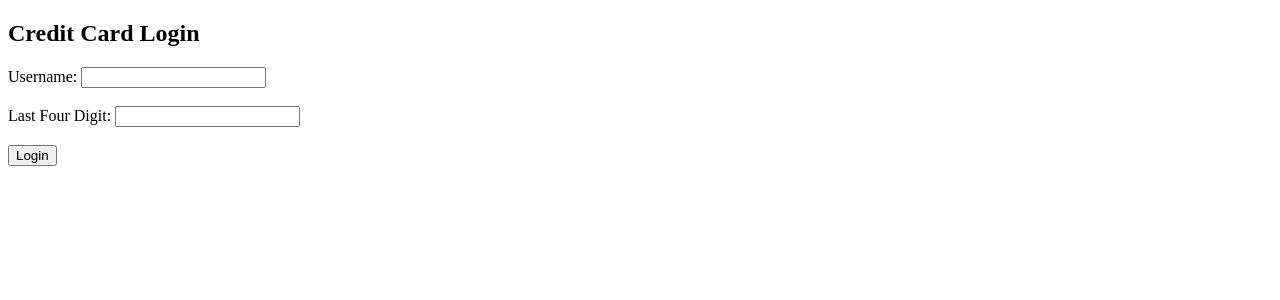
Repository: AjitChaudhari3003/FirstBit
Page: JAVA/Creditcard/src/main/webapp/index.html
An editor plug-in stored every save of this project. The page is shown before and after the next save, followed by the edit.
The browser window is 1280 px wide. The pictures show the whole page.

Above is the page before, as saved 2025-05-14 02:59:39.

After the next save:
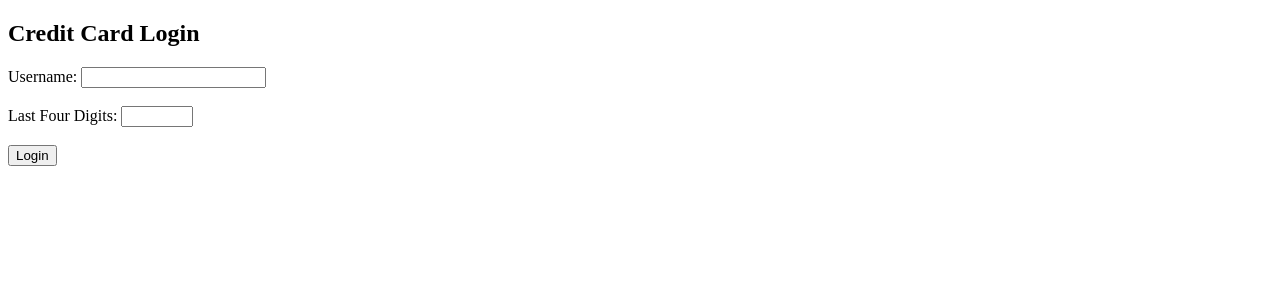
Saved 6 min 33 s later.
--- a/JAVA/Creditcard/src/main/webapp/index.html
+++ b/JAVA/Creditcard/src/main/webapp/index.html
@@ -6,9 +6,9 @@
 </head>
 <body>
     <h2>Credit Card Login</h2>
-    <form action="credit" method="get">
-        Username: <input type="text" name="name"><br><br>
-        Last Four Digit: <input type="number" name="last_four_digit"><br><br>
+    <form action="${pageContext.request.contextPath}/credit" method="post">
+        Username: <input type="text" name="name" required><br><br>
+        Last Four Digits: <input type="number" name="last_four_digit" required min="0" max="9999"><br><br>
         <input type="submit" value="Login">
     </form>
 </body>
